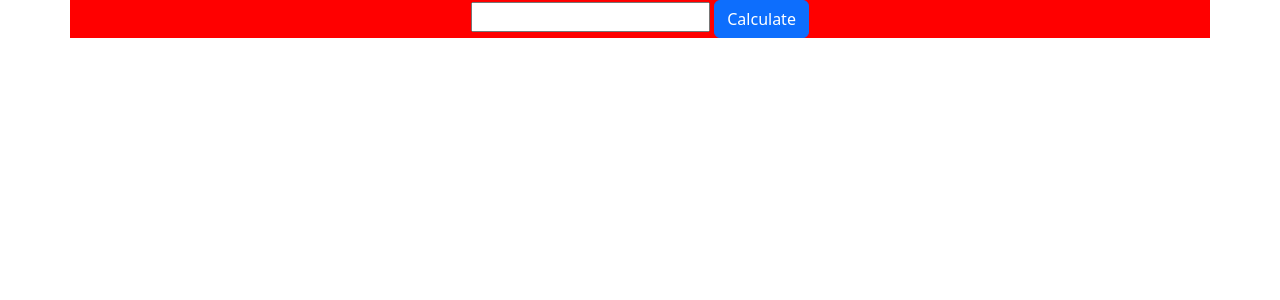
Repository: LeGrandMAG/magCalculator
Page: index.html
The author's editor kept a copy of each file at every save. The page is drawn from the files as they stood at one save, then again after a run of saves.
The browser window is 1280 px wide. The pictures show the whole page.

Above is the page before, as saved 2022-05-26 12:31:48.

### index.html
<!DOCTYPE html>
<html lang="en">
<head>
    <meta charset="UTF-8">
    <meta http-equiv="X-UA-Compatible" content="IE=edge">
    <meta name="viewport" content="width=device-width, initial-scale=1.0">
    <link href="https://cdn.jsdelivr.net/npm/bootstrap@5.2.0-beta1/dist/css/bootstrap.min.css" rel="stylesheet" integrity="sha384-0evHe/X+R7YkIZDRvuzKMRqM+OrBnVFBL6DOitfPri4tjfHxaWutUpFmBp4vmVor" crossorigin="anonymous">
    <link rel="shortcut icon" href="assets/images/icon.ico"image/x-icon">

    <link href="style.css" rel="stylesheet">
    <title>Price Calculator</title>
</head>
<body>


    <div class="container">
        <form action="">
            <input class="col" type="number">
            <button class="btn btn-primary"> Calculate</button>
        </form>

    </div>

</body>
</html>

### style.css
.container{
    margin:auto;
    background: red;
    display: flex;
    justify-content: center;
    align-items: center;
}

After the next 3 saves:
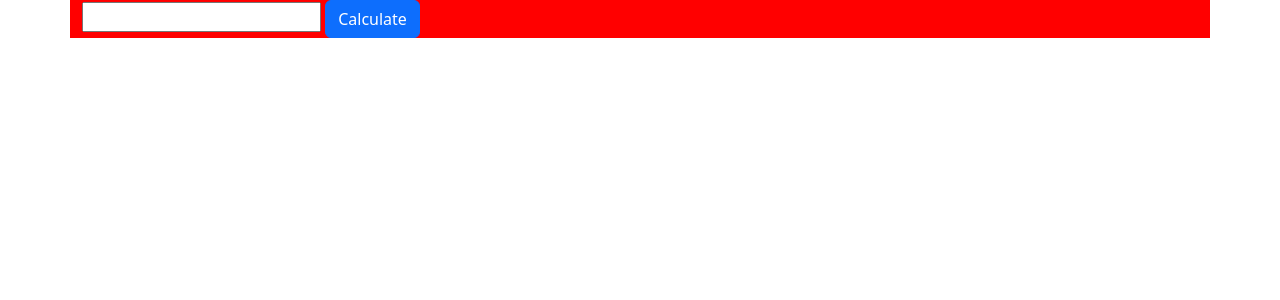
The 3 saves are shown as one change because they came seconds apart.
The last was saved 15 s later.
--- a/index.html
+++ b/index.html
@@ -14,7 +14,7 @@
 
 
     <div class="container">
-        <form action="">
+        <form class="col"action="">
             <input class="col" type="number">
             <button class="btn btn-primary"> Calculate</button>
         </form>
